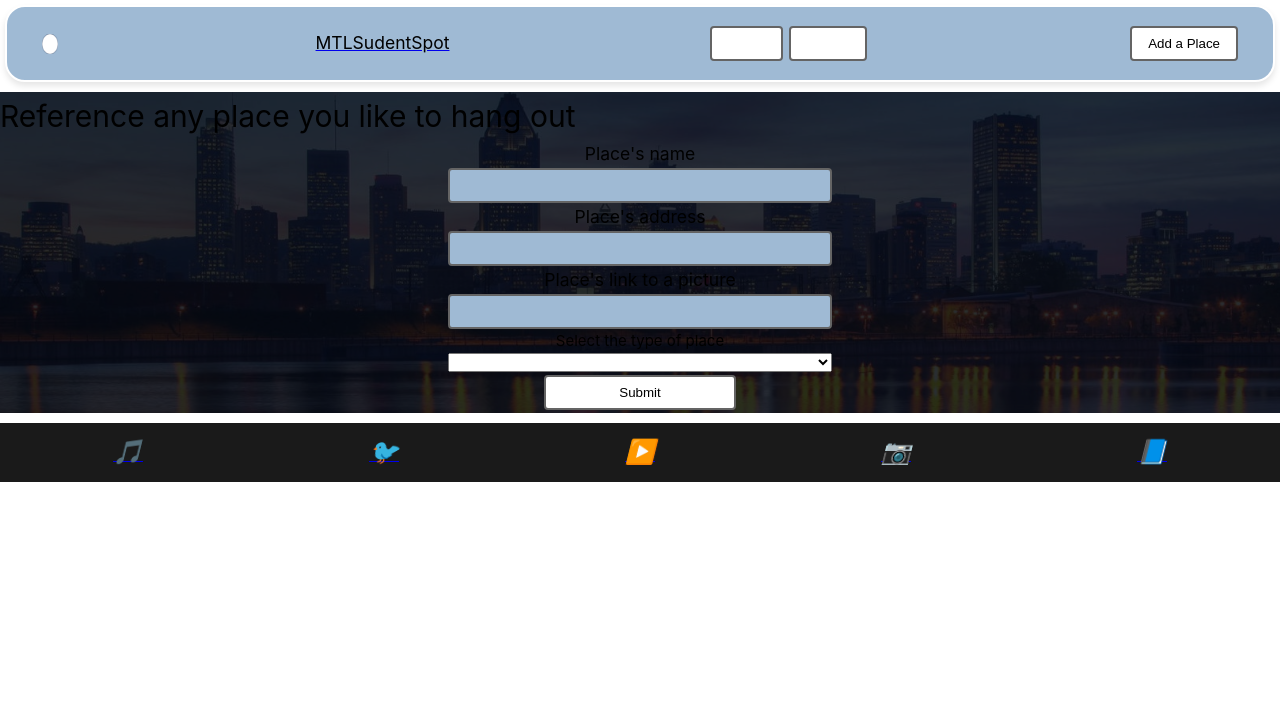
Repository: KevMn6ix/MOD8-2232-GRA-Damois-Leroi--Morant-Munto
Page: /places/add (app in client/)
An editor plug-in stored every save of this project. The page is shown before and after the next save, followed by the edit.
The browser window is 1280 px wide. The pictures show the whole page.
The project was rebuilt for these pictures with package versions that can differ from the ones it lists, and the page was loaded fresh each time. Also part of the build but not shown: client/vite.config.js, client/src/components/HelloWorld.vue, client/src/services/Api.js, client/src/services/AuthentificationService.js, client/src/components/Login.vue, client/src/views/LoginPage.vue, client/src/components/RowLandingPage.vue, client/src/components/PlaceItem.vue and 2 more.

Above is the page before, as saved 2023-10-18 15:35:13.

### client/index.html
<!DOCTYPE html>
<html lang="en">
  <head>
    <meta charset="UTF-8">
    <link rel="icon" href="/favicon.ico">
    <link href="https://cdnjs.cloudflare.com/ajax/libs/font-awesome/5.15.3/css/all.min.css" rel="stylesheet">

    <meta name="viewport" content="width=device-width, initial-scale=1.0">
    <title>Vite App</title>
  </head>
  <body>
    <div id="app"></div>
    <script type="module" src="/src/main.js"></script>
  </body>
</html>

### client/src/assets/main.css
@import './base.css';
/*
#app {
  max-width: 1280px;
  margin: 0 auto;
  padding: 2rem;

  font-weight: normal;
}

a,
.green {
  text-decoration: none;
  color: hsla(160, 100%, 37%, 1);
  transition: 0.4s;
}

@media (hover: hover) {
  a:hover {
    background-color: hsla(160, 100%, 37%, 0.2);
  }
}

@media (min-width: 1024px) {
  body {
    display: flex;
    place-items: center;
  }

  #app {
    display: grid;
    grid-template-columns: 1fr 1fr;
    padding: 0 2rem;
  }
}
*/
@media (prefers-color-scheme: dark) {
  button {
    color:black;
  }
  input {
    color: white;
    background-color: black;
  }
}

### client/src/App.vue
<script setup>
import { RouterLink, RouterView } from 'vue-router'
import HelloWorld from './components/HelloWorld.vue'
</script>

<template >
  <RouterView />

</template>

<style scoped>
template {
  display: flex;
  flex-direction: column;
}

header {
  line-height: 1.5;
  max-height: 100vh;
}

.logo {
  display: block;
  margin: 0 auto 2rem;
}

nav {
  width: 100%;
  font-size: 12px;
  text-align: center;
  margin-top: 2rem;
}

nav a.router-link-exact-active {
  color: var(--color-text);
}

nav a.router-link-exact-active:hover {
  background-color: transparent;
}

nav a {
  display: inline-block;
  padding: 0 1rem;
  border-left: 1px solid var(--color-border);
}

nav a:first-of-type {
  border: 0;
}

@media (min-width: 1024px) {
  header {
    display: flex;
    place-items: center;
    padding-right: calc(var(--section-gap) / 2);
  }

  .logo {
    margin: 0 2rem 0 0;
  }

  header .wrapper {
    display: flex;
    place-items: flex-start;
    flex-wrap: wrap;
  }

  nav {
    text-align: left;
    margin-left: -1rem;
    font-size: 1rem;

    padding: 1rem 0;
    margin-top: 1rem;
  }
}
</style>

### client/src/router/index.js
import { createRouter, createWebHistory } from 'vue-router'
import HomeView from '../views/HomeView.vue'

const router = createRouter({
  history: createWebHistory(import.meta.env.BASE_URL),
  routes: [
    {
      path: '/',
      name: 'home',
      component: HomeView
    },
    {
      path: '/about',
      name: 'about',
      // route level code-splitting
      // this generates a separate chunk (About.[hash].js) for this route
      // which is lazy-loaded when the route is visited.
      component: () => import('../views/AboutView.vue')
    },
    {
      path: '/login',
      name: 'login',

      component: () => import('../views/LoginPage.vue')
    },
    {
      path: '/register',
      name:'register',

      component: () => import('../views/RegisterPage.vue')
    },
    {
      path: '/places/:types',
      name: 'PlacesList',

      component: () => import('../views/PlaceListView.vue')
    },
    {
      path: '/places/review/:id',
      name : 'review',

      component: () => import('../views/PlaceReview.vue')
    },
    {

      path: '/places/:types/:id',
      name: 'PlacePage',

      component: () => import('../views/PlacesPage.vue')

    },
    {
      path: '/places/add',
      name: 'AddPlace',

      component: () => import('../views/AddPageView.vue')
    }
  ]
})

export default router

### client/src/views/AddPageView.vue
<script setup>
import { RouterLink } from 'vue-router';
import TheAddPlaceForm from '../components/TheAddPlaceForm.vue';
import  BarOutsideHome from '../components/BarOutsideHome.vue';
import UsePlaceService from '../../server/services/places-service.js';
const placeService = UsePlaceService()
</script>
<template>
    <header>
        <BarOutsideHome/>
    </header>
    <main>
        <h1>
            Reference any place you like to hang out
        </h1>
        <TheAddPlaceForm @user-input="(termInputed) => {placeService.addPlace(termInputed.Title, termInputed.Address, termInputed.Type, termInputed.Picture); console.log(UsePlaceService().findPlaces())}"/>
    </main>
    <footer>
    <a href="#" aria-label="SoundCloud">
        <i class="footer-icon">🎵</i>  <!-- Emoji used as placeholder for your icons -->
    </a>
    <a href="#" aria-label="Twitter">
        <i class="footer-icon">🐦</i>  <!-- Emoji used as placeholder for your icons -->
    </a>
    <a href="#" aria-label="YouTube">
        <i class="footer-icon">▶️</i>  <!-- Emoji used as placeholder for your icons -->
    </a>
    <a href="#" aria-label="Instagram">
        <i class="footer-icon">📷</i>  <!-- Emoji used as placeholder for your icons -->
    </a>
    <a href="#" aria-label="Facebook">
        <i class="footer-icon">📘</i>  <!-- Emoji used as placeholder for your icons -->
    </a>
  </footer>
</template>
<style scoped>

main{

    margin-top: 10px;
    background-image: url('../assets/montrealbynight.jpg');
    background-size: 1520px;
    background-repeat: repeat;
    background-position: 30%;
    position: relative;
    z-index: 1;
    color: var(--text-navbar-color-default);

}

main::before{

    content: '';
    display: block;
    position: absolute;
    top: 0;
    right: 0;
    bottom: 0;
    left: 0;
    background-color: rgba(2, 7, 16, 0.84);
    z-index: -1;

}

footer {
  z-index: 1000;
    display: flex;
    justify-content: space-around;
    align-items: center;
    bottom: 0;
    margin-top: 10px;
    left: 0;
    width: 100%;
    background-color: #1a1a1a;
    padding: 10px 0;
}

.footer-icon {
    font-size: 24px;
    color: white;
    transition: 0.3s;
}

footer a:hover .footer-icon {
    color: #A5BDD9;
}
</style>

### client/src/components/NavBar.vue
<script setup>
import { ref } from 'vue'
import LoginPage from '../views/LoginPage.vue'
import TheSubHeader from './TheSubHeader.vue';
const emit = defineEmits(['user-input'])
const UserInput = ref('')
function sendUserInput() {
    console.log(UserInput.value)
    emit('user-input', UserInput.value)
}
</script>
/** This component is hte bar at the top of the screen */
<template>
    <nav id="head-bar">
        <img src="../assets/logoMTL.png">
        <h3>
            MTLSudentSpot
        </h3>
        <input type="text" v-model="UserInput" @input="sendUserInput">
        <div>
        <router-link to='/login'>
        <button>
            Log In
        </button>
        </router-link>
        <router-link to="/register">
        <button>
            Sign In
        </button>
        </router-link>
    </div>
    <div id="sub-header">
    <TheSubHeader/></div>
    </nav>

</template>
<style>

:root{

    --color-navbar: #9fbad4;
    --text-navbar-color-default: #000;
    --color-input: #9fbad4;
    --button-border: #646464;
    --color-button: #fff;
    --button-hover: #7faedc;
}

@media (prefers-color-scheme: dark){

    :root{

        --text-navbar-color-default: #FFF;
        --color-navbar: #211f1f;
        --color-input: #312e2e;
        --button-border: #646464;
        --color-button: #312e2e;
        --button-hover: #646464;

    }

}

nav {
    display: flex;
    justify-content: space-between;
    align-items: center;
    background-color: var(--color-navbar);
    padding: 1rem 2rem;
    box-shadow: 0 4px 6px rgba(0, 0, 0, 0.1);
    border-bottom: 2px solid rgba(0, 0, 0, 0.1);
    border-radius: 20px;
    border: 2px solid var(--button-border);
    margin: 5px;
    flex-grow: 3;
    gap: 20px;
}

h3{

    color: var(--text-navbar-color-default);

}

button {
    background-color: var(--color-button);
    color: var(--text-navbar-color-default);
    border: none;
    padding: 0.5rem 1rem;
    border-radius: 0.25rem;
    cursor: pointer;
    transition: background-color 0.3s ease;
    margin: 3px;
    border: 2px solid var(--button-border);
}

button:hover {
    background-color: var(--button-hover);
}

button:visited {
    color: white; /* Set the text color to yellow when the button is active (clicked) */
}

img {
    height: 20px;
    width: 16px;
}

input {
    flex-grow: 3;
    padding: 0.5rem;
    border: none;
    border-radius: 0.25rem;
    background-color: var(--color-input);
    color: var(--text-navbar-color-default);
    border: 2px solid var(--button-border);
    margin: 0 1rem;
}

#sub-header {
    text-align: center;
}
</style>

### client/server/services/places-service.js
let id = 0;
const placeList = [
  {Id: ++id, Type: "restaurant", Title: "Brutopia", Address: "888 rjij", Rating: 4, HygieneRating: 5, AmbianceRating: 3, PriceRating: 5, Picture: "https://css-tricks.com/wp-content/uploads/2018/10/align-items.svg"},
  {Id: ++id, Type: "activity",Title: "cheval blanc", Address: "56656 fd", Rating: 3, HygieneRating: 3, AmbianceRating: 4, PriceRating: 2},
  {Id: ++id, Type: "travel",Title: "nyx", Address: "86 sfd", Rating: 3, HygieneRating: 4, AmbianceRating: 4, PriceRating: 2},
  {Id: ++id, Type: "restaurant",Title: "bnyx", Address: "86 sfd", Rating: 3, HygieneRating: 4, AmbianceRating: 4, PriceRating: 2, Picture:"https://cdn4.buysellads.net/uu/1/134955/1685040267-designdotdev5.jpg"}
]

let idRating = 0
const PlaceRating = [
    {Id: ++idRating, IdPlace: 2, HygieneRating: 3, AmbianceRating: 4, PriceRating: 2, CommentRate:"Nice place."},
    {Id: ++idRating, IdPlace: 1, HygieneRating: 5, AmbianceRating: 3, PriceRating: 5, CommentRate:"I like to go there."},
    {Id: ++idRating, IdPlace: 4, HygieneRating: 4, AmbianceRating: 4, PriceRating: 2, CommentRate:"They cook my favorite food."},
    {Id: ++idRating, IdPlace: 3, HygieneRating: 4, AmbianceRating: 4, PriceRating: 2, CommentRate:"I went there while visiting."}
]


function findPlaces() {
    return placeList
}

function findPlace(id) {
    for (let place of placeList) {
        if (place.Id == id) {
            return place
        }

    }
    return null
}

function sumAmbiance(listOfRatings) {
    let res = 0;
    for (let rating of listOfRatings) {
        res += rating.AmbianceRating;
    }
    console.log(res)
    return res;
}

function sumHygiene(listOfRatings) {
    let res = 0;
    for (let rating of listOfRatings) {
        res += rating.HygieneRating;
    }

    return res;
}
function sumPrice(listOfRatings) {
    let res = 0;
    for (let rating of listOfRatings) {
        res += rating.PriceRating;
    }
    console.log(res)
    return res;
}

function findRatingsAbout(id) {
    /*console.log(PlaceRating)*/
    return PlaceRating.filter((rating) => {  return rating.IdPlace == id});
}

function actualiseRating(id) {
    const place = findPlace(id);
    console.log(findRatingsAbout(id))
    place.AmbianceRating = Math.round(sumAmbiance(findRatingsAbout(id))/(findRatingsAbout(id).length))
    place.PriceRating = Math.round(sumPrice(findRatingsAbout(id))/(findRatingsAbout(id).length))
    place.AmbianceRating = Math.round(sumHygiene(findRatingsAbout(id))/(findRatingsAbout(id).length))
    place.Rating = Math.round((place.AmbianceRating + place.HygieneRating + place.PriceRating)/3);
}

function addRating(idPlace, hygieneRating, ambianceRating, priceRating, commentRate) {
    /*
    console.log("^^^^^^^^^^^^^^^^^^^^^^^^")
    console.log(idPlace)
    console.log("^^^^^^^^^^^^^^^^^^^^^^^^^^^^")
    */
   const newRating = {}
   newRating["Id"] = idRating++
   newRating["IdPlace"] = placeList[idPlace - 1].Id
   newRating["HygieneRating"] = hygieneRating
   newRating["AmbianceRating"] = ambianceRating
   newRating["PriceRating"] = priceRating
   newRating["CommentRate"] = commentRate
    PlaceRating.push(newRating)
    /*
    console.log("#################")
    console.log(PlaceRating[idRating - 1].IdPlace)
    console.log("##############################")
    */
    actualiseRating(idPlace)
}


function findRatings() {
    return PlaceRating
}

function findRating(id) {
    for (let rating of PlaceRating) {
        if (rating.Id == id) {
            return rating
        }

    }
    return null
}





function addPlace(title, address, type, picture) {
    const newPlace = {}
    newPlace["Id"] =id++
    newPlace["Type"] =type
    newPlace["Title"] =title
    newPlace["Address"] =address
    newPlace["Rating"] =0
    newPlace["HygieneRating"] =0
    newPlace["AmbianceRating"] =0
    newPlace["PriceRating"] =0
    newPlace["Picture"] =picture
    placeList.push(newPlace)
}


export default function UsePlaceService () {
    return {
    findPlaces,
    findPlace,
    addPlace,
    findRatings,
    findRating,
    addRating,
    findRatingsAbout
}}

### client/src/components/BarOutsideHome.vue
<script setup>
import { ref } from 'vue'
import LoginPage from '../views/LoginPage.vue'
import { RouterLink } from 'vue-router';
import TheSubHeader from './TheSubHeader.vue';
const emit = defineEmits(['user-input'])
const UserInput = ref('')
function sendUserInput() {
    console.log(UserInput.value)
    emit('user-input', UserInput.value)
}
</script>
/** This component is the bar at the top of the screen */
<template>
    <nav id="head-bar">
        <img src="../assets/logoMTL.png">
        <RouterLink to="/">
        <h3>
            MTLSudentSpot
        </h3>
        </RouterLink>

        <div>
        <router-link to='/login'>
        <button>
            Log In
        </button>
        </router-link>
        <router-link to="/register">
        <button>
           Sign In
        </button>
    </router-link>
    </div>
    <div id="sub-header">
<TheSubHeader/></div>
</nav>

</template>
<style scoped>

:root{

--color-navbar: #9fbad4;
--text-navbar-color-default: #000;
--color-input: #9fbad4;
--button-border: #646464;
--color-button: #fff;
--button-hover: #7faedc;
}

@media (prefers-color-scheme: dark){

:root{

    --text-navbar-color-default: #FFF;
    --color-navbar: #211f1f;
    --color-input: #312e2e;
    --button-border: #646464;
    --color-button: #312e2e;
    --button-hover: #646464;

}

}

#head-bar {
    display: flex;
    justify-content: space-between;
    align-items: center;
    padding: 1rem 2rem;
    background-color: var(--color-navbar);
    box-shadow: 0 4px 6px rgba(0, 0, 0, 0.1);
    border: 2px solid white;
}

h3{

color: var(--text-navbar-color-default);

}

button {
    background-color: var(--color-button);
    color: var(--text-navbar-color-default);
    color: #FFF;
    border: none;
    padding: 0.5rem 1rem;
    border-radius: 0.25rem;
    cursor: pointer;
    transition: background-color 0.3s ease;
    border: 2px solid var(--button-border);
}

button:hover {
    background-color: var(--button-hover);
}

button:visited {
    color: white; /* Set the text color to yellow when the button is active (clicked) */
}

img {
    height: 20px;
    width: 16px;
    margin-left: 3px;
}

input {
    flex-grow: 3;
    padding: 0.5rem;
    border: none;
    border-radius: 0.25rem;
    background-color: var(--color-background-default);
    color: var(--text-color-default);
    margin: 0 1rem;
}

#sub-header {
    text-align: center;
}
</style>

### client/src/components/TheAddPlaceForm.vue
<script setup>
import { ref } from 'vue'
import AddPlaceInput from './AddPlaceInput.vue';
const emit = defineEmits(['user-input'])
const UserInput = ref({
    Type: '',
    Title: '',
    Address: '',
    Picture: ''
})
function sendUserInput() {
    console.log(UserInput.value)
    emit('user-input', UserInput.value)
}
function displayUserInput() {
    console.log(UserInput.value)
}
</script>
<template>
    <div id="form-body">
    <AddPlaceInput type="text" @user-input="(termInputed) => {UserInput.Title = termInputed}">
        Place's name
    </AddPlaceInput>
    <AddPlaceInput type="text" @user-input="(termInputed) => {UserInput.Address = termInputed}">
        Place's address
    </AddPlaceInput>
    <AddPlaceInput type="text" @user-input="(termInputed) => {UserInput.Picture = termInputed}">
        Place's link to a picture
    </AddPlaceInput>

    <label for="place-type">
        Select the type of place
    </label>
    <div id="form-nested-body">
    <select name="place-type" v-model="UserInput.Type">
        <option value="restaurant">Restaurant</option>
        <option value="activity">Activity</option>
        <option value="travel">Travel</option>
    </select>
    <button @click="sendUserInput">
        Submit
    </button>
</div>
    </div>
</template>
<style scoped>
* {
    min-width: 333px;

}
#form-body {
    background-color: var(--color-background-activity);
    display: flex;
    flex-direction: column;
    color: black;
    justify-content: center;
    @media (prefers-color-scheme: dark) {
        color: white;
    }
}
button {
    min-width: 50px;
    width: 15%;
    margin-left: 42.5%;
    flex-shrink: 3;
}
select {
    min-width: 30px;
    width: 30%;
}
label {
    text-align: center;
}
#form-nested-body {
    display: flex;
    flex-direction: column;

}
select {
    margin-left: 35%;
}
</style>

### client/src/components/TheSubHeader.vue
<script setup>
import { RouterLink } from 'vue-router';
</script>
<template>
  <RouterLink to="/places/add">
    <button>
       Add a Place
    </button>
  </RouterLink>
</template>
<style scoped>
:root {
  --light-color-background-restaurant: #A5BDD9;
    --light-color-background-travel: #a2c4ec;
    --light-color-background-activity: #9EB3CB;
    --dark-color-background-restaurant: #a2c4ec9d;
    --dark-color-background-travel: #a5bdd971;
    --dark-color-background-activity: #9eb3cb0e;
    --color-background-restaurant: var(--light-color-background-restaurant);
    --color-background-travel: var(--light-color-background-travel);
    --color-background-activity: var(--light-color-background-activity);
    @media (prefers-color-scheme: dark) {
      --color-background-restaurant: var(--dark-color-background-restaurant);
        --color-background-travel: var(--dark-color-background-travel);
        --color-background-activity: var(--dark-color-background-activity);
    }
}
p {
    min-width: 333px;
    text-align: center;
    size: 50%;
    padding: 0;
    margin: 0;
}
</style>

### client/src/components/AddPlaceInput.vue
<script setup>
import { ref } from 'vue'
const emit = defineEmits(['user-input'])
const UserInput = ref('')
function sendUserInput() {
    console.log(UserInput.value)
    emit('user-input', UserInput.value)
}
const inputType = defineProps({
    Type: String
})
</script>
<template>
    <div id="enter">
    <h3>
        <slot>
        </slot>
    </h3>
    <input :type="inputType.Type" v-model="UserInput" @input="sendUserInput">
    </div>
</template>
<style scoped>
h3 {
    text-align: center;
}
input {
    min-width: 30px;
    width: 30%;
}
#enter {
    display: flex;
    flex-direction: column;
    align-items: center;
}
</style>

Loaded but not shown: client/src/main.js (common file); client/src/assets/base.css (common file)

After the next save:
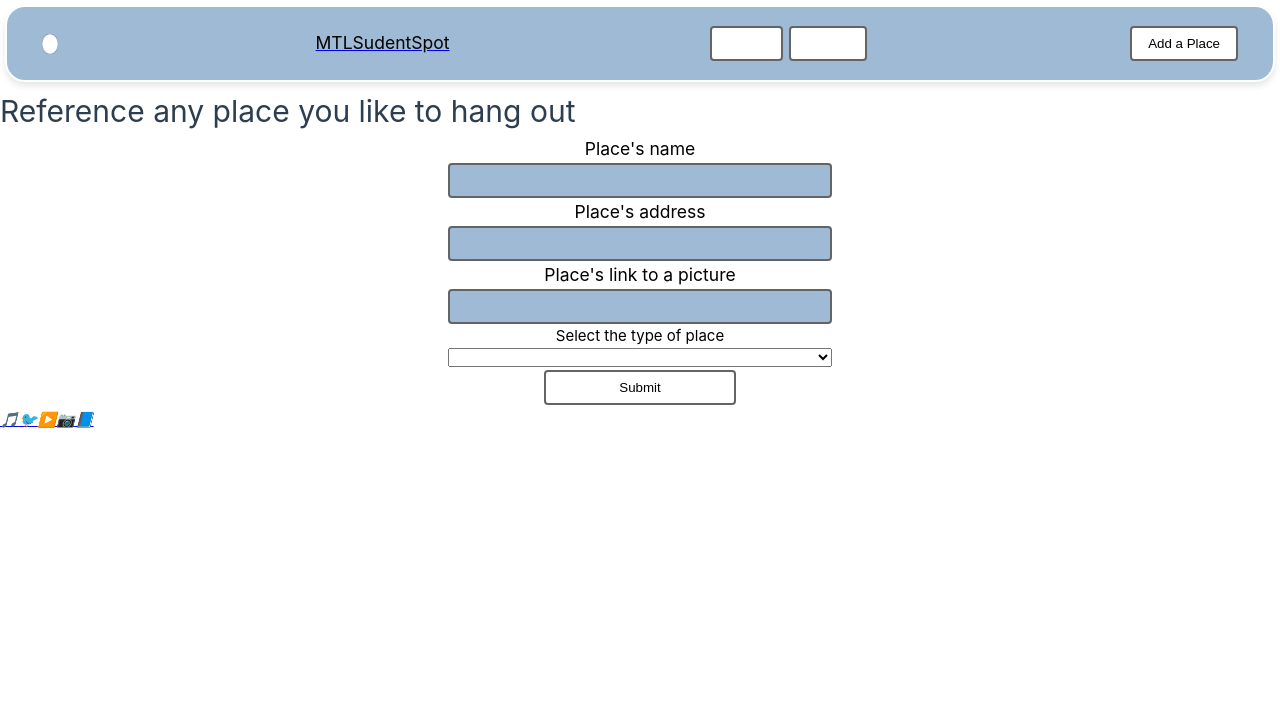
Saved 27 s later.
--- a/client/src/views/AddPageView.vue
+++ b/client/src/views/AddPageView.vue
@@ -35,6 +35,29 @@
 </template>
 <style scoped>
 
+:root{
+
+--color-navbar: #9fbad4;
+--text-navbar-color-default: #000;
+--color-input: #9fbad4;
+--button-border: #646464;
+--color-button: #fff;
+--button-hover: #7faedc;
+}
+
+@media (prefers-color-scheme: dark){
+
+:root{
+
+    --text-navbar-color-default: #FFF;
+    --color-navbar: #211f1f;
+    --color-input: #312e2e;
+    --button-border: #646464;
+    --color-button: #312e2e;
+    --button-hover: #646464;
+
+}
+
 main{
 
     margin-top: 10px;
@@ -44,7 +67,7 @@
     background-position: 30%;
     position: relative;
     z-index: 1;
-    color: var(--text-navbar-color-default);
+
 
 }
 

After the save that followed:
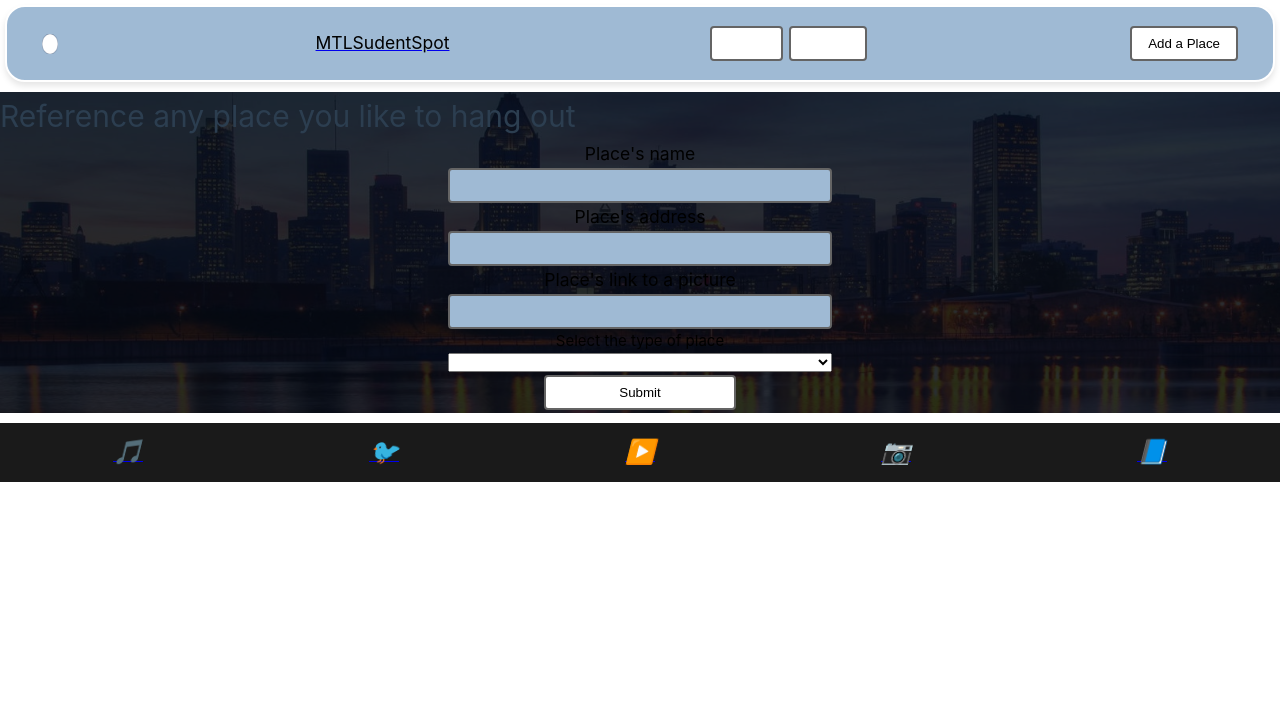
Saved 10 s later.
--- a/client/src/views/AddPageView.vue
+++ b/client/src/views/AddPageView.vue
@@ -57,6 +57,7 @@
     --button-hover: #646464;
 
 }
+}
 
 main{
 
